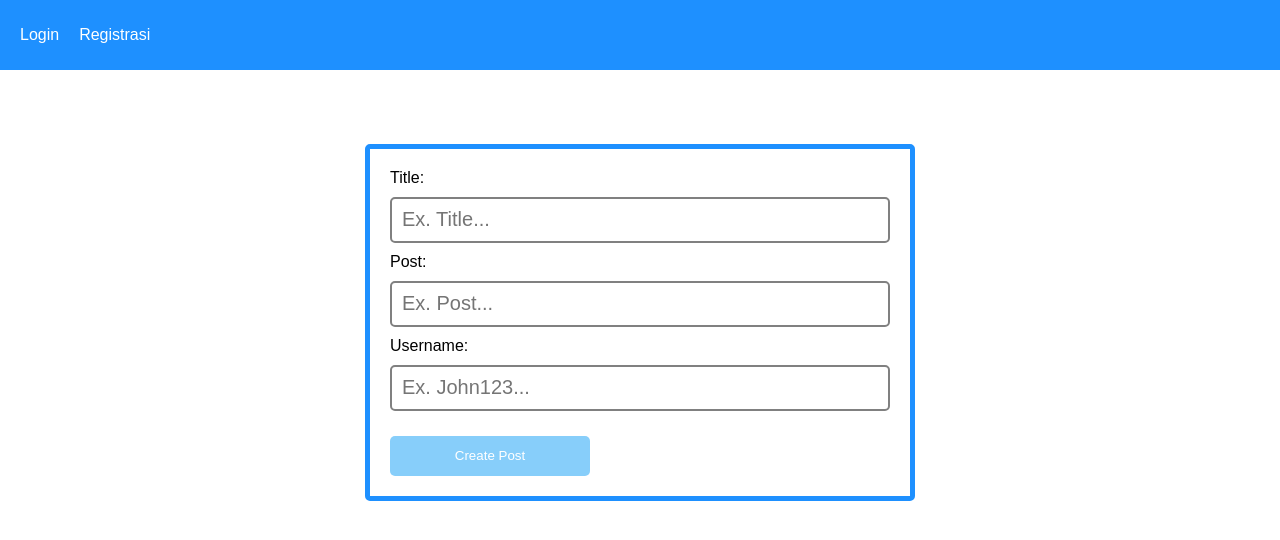
Repository: skipzenni/fullstack_react_training
Page: /createpost (app in client/)
An editor plug-in stored every save of this project. The page is shown before and after a run of saves, followed by the edit.
The browser window is 1280 px wide. The pictures show the whole page.
The page's requests for data from a server got no answer. The project was rebuilt for these pictures with package versions that can differ from the ones it lists, and the page was loaded fresh each time. No one was signed in, and anything a server would have sent is missing. Also part of the build but not shown: client/src/pages/Home.js, client/src/pages/Post.js, client/src/pages/Login.js, client/src/pages/Registrasi.js, client/src/pages/PageNotFound.js.

Above is the page before, as saved 2023-06-20 01:24:14.

After the next 2 saves:
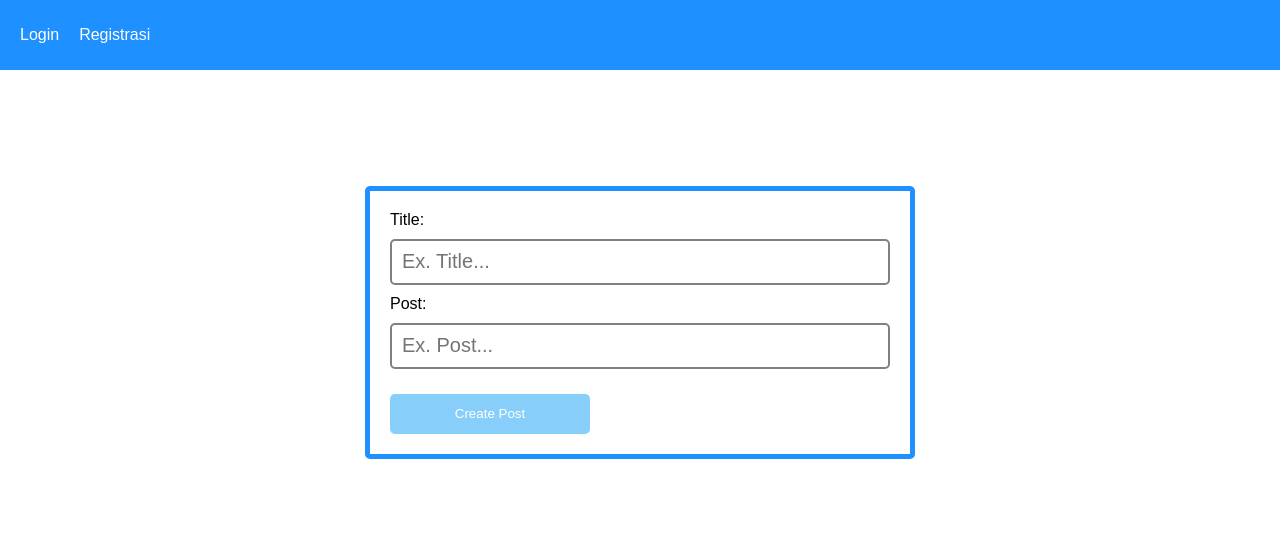
The 2 saves are shown as one change because they came seconds apart.
The last was saved 13 s later.
--- a/client/src/pages/CreatePost.js
+++ b/client/src/pages/CreatePost.js
@@ -42,13 +42,6 @@ function CreatePost() {
             name="postsText"
             placeholder="Ex. Post..."
           ></Field>
-          <label>Username: </label>
-          <ErrorMessage name="username" component="span" />
-          <Field
-            id="inputCreatePost"
-            name="username"
-            placeholder="Ex. John123..."
-          ></Field>
           <button type="submit">Create Post</button>
         </Form>
       </Formik>
